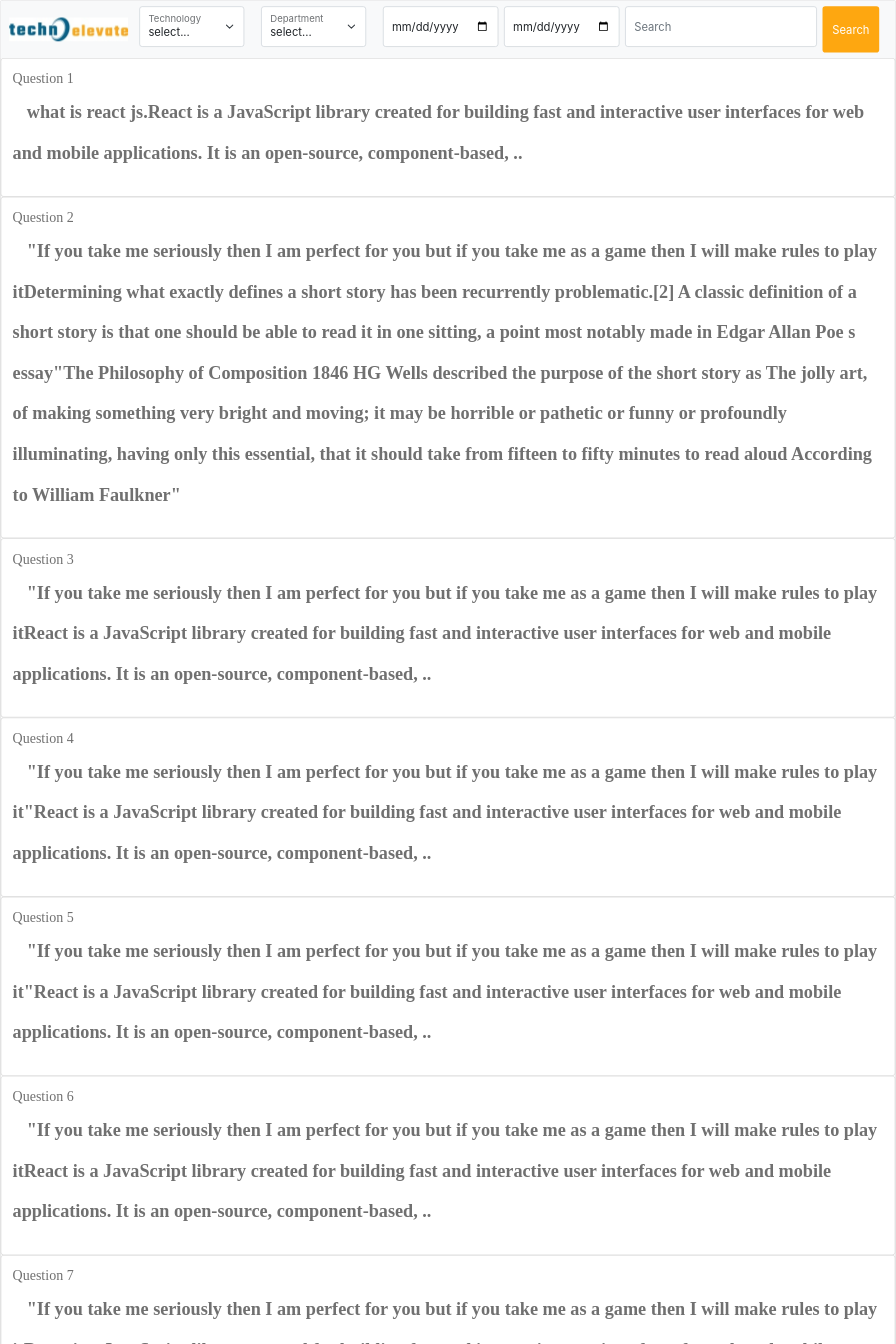
Repository: aajoshi3/casestudy
Page: /Search
These files come from the project's save history. The page is drawn as it stood at one moment and after the next save; the edit follows.
The browser window is 1280 px wide. The pictures show the part of the page from y = 0 to 1920 px (the page is 2540 px tall before and 2946 px after), at 70% of full size.
The project was rebuilt for these pictures with package versions that can differ from the ones it lists, and the page was loaded fresh each time. Also part of the build but not shown: src/components/CustomNavbar3.js.

Above is the page before, as saved 2021-10-10 20:22:32.

### public/index.html
<!DOCTYPE html>
<html lang="en">
  <head>
    <meta charset="utf-8" />
    <link rel="icon" href="%PUBLIC_URL%/favicon.ico" />
    <meta name="viewport" content="width=device-width, initial-scale=1" />
    <meta name="theme-color" content="#000000" />
    <meta
      name="description"
      content="Web site created using create-react-app"
    />
    <link rel="apple-touch-icon" href="%PUBLIC_URL%/logo192.png" />
    <link
    rel="stylesheet"
    href="https://cdn.jsdelivr.net/npm/bootstrap@5.1.1/dist/css/bootstrap.min.css"
    integrity="sha384-F3w7mX95PdgyTmZZMECAngseQB83DfGTowi0iMjiWaeVhAn4FJkqJByhZMI3AhiU"
    crossorigin="anonymous">
    <link rel="stylesheet" href="https://cdnjs.cloudflare.com/ajax/libs/font-awesome/4.7.0/css/font-awesome.min.css">
  <link href="/your-path-to-fontawesome/css/fontawesome.css" rel="stylesheet">
    <link href="/your-path-to-fontawesome/css/brands.css" rel="stylesheet">
    <link href="/your-path-to-fontawesome/css/solid.css" rel="stylesheet">

    <link href="https://cdn.jsdelivr.net/npm/bootstrap@5.0.0-beta3/dist/css/bootstrap.min.css" rel="stylesheet" integrity="sha384-eOJMYsd53ii+scO/bJGFsiCZc+5NDVN2yr8+0RDqr0Ql0h+rP48ckxlpbzKgwra6" crossorigin="anonymous">

    <!--
      manifest.json provides metadata used when your web app is installed on a
      user's mobile device or desktop. See https://developers.google.com/web/fundamentals/web-app-manifest/
    -->
    <link rel="manifest" href="%PUBLIC_URL%/manifest.json" />
    <!--
      Notice the use of %PUBLIC_URL% in the tags above.
      It will be replaced with the URL of the `public` folder during the build.
      Only files inside the `public` folder can be referenced from the HTML.

      Unlike "/favicon.ico" or "favicon.ico", "%PUBLIC_URL%/favicon.ico" will
      work correctly both with client-side routing and a non-root public URL.
      Learn how to configure a non-root public URL by running `npm run build`.
    -->
    <title>React App</title>
  </head>
  <body>
    <noscript>You need to enable JavaScript to run this app.</noscript>
    <div id="root"></div>
    <!--
      This HTML file is a template.
      If you open it directly in the browser, you will see an empty page.

      You can add webfonts, meta tags, or analytics to this file.
      The build step will place the bundled scripts into the <body> tag.

      To begin the development, run `npm start` or `yarn start`.
      To create a production bundle, use `npm run build` or `yarn build`.
    -->
  </body>
</html>

### src/App.js
// import Button from '@restart/ui/esm/Button';
import { Col,  Container,  FloatingLabel, Row } from 'react-bootstrap';
import {Card} from "react-bootstrap"
import './App.css';
import UploadQuestion from './components/UploadQuestion';
import{Form} from "react-bootstrap"
 import CustomNavbar from './components/CustomNavbar';
import CustomNavbar3 from './components/CustomNavbar3';
import routing from './router';
import { BrowserRouter } from 'react-router-dom';
// import CustomNav2 from './components/CustomNav2';

function App() {
  return (
    <BrowserRouter>
    <div className="App">

<Card>
<CustomNavbar />
{routing}
{/* <CustomNav2 /> */}
{/* <CustomNavbar3 /> */}
  <Card.Body>

<Container>
<UploadQuestion />
<Row xs={1} sm={2} md={4} lg={4}>

<Col  ><FloatingLabel  controlId="floatingInput"  label="Candidate Name"  className="mb-3"  size ="md"  id=''>
<Form.Control type="text" placeholder=" hi" />
  </FloatingLabel></Col>

    <Col><FloatingLabel controlId="floatingSelect" label="Department" className="mb-3">
  <Form.Select aria-label="Floating label select example">
    <option>select... </option>
    <option value="1">HR</option>
    <option value="2">IT</option>
    <option value="3">ACCOUNTS</option>
  </Form.Select>
</FloatingLabel></Col>

<Col  ><FloatingLabel  controlId="floatingInput"  label="Clinet Name"  className="mb-3"  size ="md"  id=''>
<Form.Control type="text" placeholder=" hi" />
  </FloatingLabel></Col>

    <Col>

    <FloatingLabel controlId="floatingSelect" label="Technology" className="mb-3">
  <Form.Select aria-label="Floating label select example">
    <option> select...</option>
    <option value="1">React.js</option>
    <option value="2">vue.js</option>
    <option value="3">Angular</option>
    <option value="3">Python</option>
    <option value="3">next.js</option>


  </Form.Select>
</FloatingLabel></Col>
  </Row>
</Container>
<Container >
  <Row  >
  <Col lg={9}     >
  <FloatingLabel    controlId="floatingTextarea" label="Question" className="mb-3">
    <Form.Control as="textarea" placeholder="x" />
  </FloatingLabel>
  </Col>


  <Col lg={3}  md={{ order: 'first' }}  xs={{order: 'first'}} lg={{order:'last'}}   >

  <FloatingLabel controlId="floatingSelect" label="Difficulty level" className="mb-3">
  <Form.Select aria-label="Floating label select example">
    <option> select...</option>
    <option value="1">Easy</option>
    <option value="2">Intermediate</option>
    <option value="3">Expert</option>
  </Form.Select>
</FloatingLabel>
  </Col>
  </Row>

</Container>

<Container   style={{ width: 'white' }}      >
<Row>
      <Col lg={9} >
      <FloatingLabel className="mb-3 " controlId="floatingTextarea2" label="Answer">
    <Form.Control
      as="textarea"
      placeholder=" x"
      style={{ height: '100px' }}
    />
  </FloatingLabel>
   </Col>
   <Col lg={3}     >
   {/* <Button variant="warning"  style={{ color: 'white' }} ><i class="fas fa-plus-circle"></i> Add New </Button> */}
   <button className="btn"    id="button1" ><i className="fa fa-plus-circle"></i> Add New</button>
   </Col>
    </Row>
</Container>

<br/>
<br/>
<br/>


    <Container>
    <button   className="btn1"   style={{ color: 'white' }}  > Submit </button>
    </Container>
      </Card.Body>
      </Card>
    </div>
    </BrowserRouter>
  );
}

export default App;

### src/App.css
p{
  text-align: left;
font: normal normal bold 40px/58px Sitka Banner;
letter-spacing: 0px;
color: #086288;
font-size: 26px;
}

input::placeholder{
  color:#086288 ;
}
.mb-3:focus + .form-label {
  color: red;
}

 Container{
  color:#086288 ;

 }
 .btn {
  background-color: rgb(254, 167, 16); /* Blue background */
  border: none; /* Remove borders */
  color: white; /* White text */
  padding: 12px 14px; /* Some padding */
  font-size: 16px; /* Set a font size */
  cursor: pointer; /* Mouse pointer on hover */
  /* margin-top: 50px; */
}

#button1{
  margin-top: 50px;
}
/* Darker background on mouse-over */
.btn:hover {
  background-color: rgb(225, 193, 65);
  color: white; /* White text */

}
.btn1{
  float: right;
  background-color: rgb(254, 167, 16); /* Blue background */
  border: none; /* Remove borders */
  color: white; /* White text */
  padding: 12px 16px; /* Some padding */
  font-size: 16px; /* Set a font size */
  border-radius: 4px;
}
.FloatingLabel:focus::-webkit-input-label {
  color: red;
}
.form-control:focus {
  border-color: #086288;
  box-shadow: 0px 1px 1px rgba(0, 0, 0, 0.075) inset;
}
.form-select:focus{
  border-color: #086288c4;
  box-shadow: 0px 1px 1px rgba(0, 0, 0, 0.075) inset;
}

@media only screen and (max-width: 1000px) {
  .btn {
    float: right;
    margin:0 px;
  }
  #button1{
    margin-top: 0px;
  }
}

#Floating-label1{
  width: 150px;
}
#Floating-label2{
  width: 150px;
  height: auto;
}

@media only screen and (max-width: 1000px) {
  #Floating-label1{
    width: 100%;
  }
  }
  @media only screen and (max-width: 1000px) {
    #Floating-label2{
      width: 100%;
    }
    }

    #date1{
      width: 165px;
      padding: 12px;
    }
    @media only screen and (max-width: 1000px) {
      #date1{
        width: 100%;
      }
      }


      #searchWidth{
  height: auto;
      padding: 16px;
      }

@media only screen and (max-width: 1000px) {
  #searchWidth{
  height: auto;
    width: 100%;
  }
      }
      #button5{
        color: white;
        background-color:#ffa408;
        border: 1px solid #FFC008 ;
        border-radius: 4px;
        padding:0 10px ;
      }

### src/components/UploadQuestion.js
import React from 'react'
// import { Form } from 'react-bootstrap'
// import FloatingLabel from "react-bootstrap-floating-label";
// import Dropdown from 'react-dropdown';
// import { DropdownButton } from 'react-bootstrap';
// import {DropdownToggle} from '@restart/ui/esm/DropdownToggle';
// import {DropdownItem} from '@restart/ui/esm/DropdownItem';
// import 'react-dropdown/style.css';
// import{Container,Row,Col} from "react-bootstrap"



function UploadQuestion() {

          return (
                    <div>
                              <p>Upload Your Questions</p>

                    </div>
          )
}

export default UploadQuestion

### src/components/CustomNavbar.js

import React from 'react'
import { Button,  Container,  FloatingLabel,  Form, FormControl,  Nav, Navbar} from 'react-bootstrap'
import { withRouter } from 'react-router-dom';
// import logo from "./TeLogo"


function CustomNavbar(props) {



    const navigateToHome=()=>{
      console.log(props);
      props.history.push('/')
    }

    const navigateToSearch=()=>{
      console.log(props);
      props.history.push('/Search')
    }
  return (
    <div>

      <div>

      </div>

  <Navbar bg="light" expand="lg"   >
  <Container fluid>
    <Navbar.Brand href="">

      <div><img src={require('../image/logo2.jpg').default}   style={{width:"170px"}} onClick={navigateToHome}  alt="Loading" /></div>

    </Navbar.Brand>

    <Navbar.Toggle aria-controls="navbarScroll" />
    <Navbar.Collapse id="navbarScroll"  >
      <Nav
        className="me-auto my-2 my-lg-0"

        navbarScroll
      >


<FloatingLabel    id="Floating-label1"      className="  me-4  mb-2  form-group  lg"  controlId="floatingSelect" label="Technology" >
  <Form.Select     className="form-control" aria-label="Floating label select example"   >
    <option> select...</option>
    <option value="1">React.js</option>
    <option value="2">vue.js</option>
    <option value="3">Angular</option>
    <option value="3">Python</option>
    <option value="3">next.js</option>
  </Form.Select>
</FloatingLabel>


<FloatingLabel  id="Floating-label2"  className=" me-4  mb-2  form-group  lg" controlId="floatingSelect" label="Department" >
  <Form.Select  className="form-control" aria-label="Floating label select example">
    <option>select... </option>
    <option value="1">HR</option>
    <option value="2">IT</option>
    <option value="3">ACCOUNTS</option>
  </Form.Select>
</FloatingLabel>

      <Form className="d-flex"  >
        <FormControl  id="date1" label="From date"
          type="date"
          placeholder="From Date"
          className="me-2 mb-2"
          aria-label="Search"
          />
      </Form>

      <Form className="d-flex  form-group">
        <FormControl id="date1"
          type="date"
          placeholder="To Date "
          className="me-2 mb-2"
          aria-label="Search"
          />

      </Form     >
      <Form className="d-flex "  >
        <FormControl className="form-group"
          type="search"
          placeholder="Search"
          className="me-2 mb-2"
          aria-label="Search"
          />
        <Button variant="warning" onClick={navigateToSearch}>Search</Button>
      </Form>
          </Nav>
    </Navbar.Collapse>
  </Container>
</Navbar>
    </div>
  )
}

export default withRouter(CustomNavbar)
// export default CustomNavbar

### src/router.js
import { Route} from "react-router-dom";
import UploadQuestion from './components/UploadQuestion'
import SearchView from "./components/SearchView";
const routing=(
  <div>
    {/* <Route exact path='/' component={UploadQuestion}/> */}
    <Route exact path='/Search' component={SearchView}/>
    </div>
)
export default routing

### src/components/SearchView.js
import React, { useState } from 'react'
import { Card } from 'react-bootstrap'

function SearchView() {
     const [displayData, setdisplayData] = useState([{
         question:'what is react js.',
         answer:'React is a JavaScript library created for building fast and interactive user interfaces for web and mobile applications. It is an open-source, component-based, ..'   },
     {
        answer:'Determining what exactly defines a short story has been recurrently problematic.[2] A classic definition of a short story is that one should be able to read it in one sitting, a point most notably made in Edgar Allan Poe s essay"The Philosophy of Composition 1846 HG Wells described the purpose of the short story as The jolly art, of making something very bright and moving; it may be horrible or pathetic or funny or profoundly illuminating, having only this essential, that it should take from fifteen to fifty minutes to read aloud According to William Faulkner"',
        question:'"If you take me seriously then I am perfect for you but if you take me as a game then I will make rules to play it'
    },
    {
      question:'"If you take me seriously then I am perfect for you but if you take me as a game then I will make rules to play it',
      answer:'React is a JavaScript library created for building fast and interactive user interfaces for web and mobile applications. It is an open-source, component-based, ..'
  }, {
    question:'"If you take me seriously then I am perfect for you but if you take me as a game then I will make rules to play it',
    answer:'"React is a JavaScript library created for building fast and interactive user interfaces for web and mobile applications. It is an open-source, component-based, ..'},
{
  question:'"If you take me seriously then I am perfect for you but if you take me as a game then I will make rules to play it',
  answer:'"React is a JavaScript library created for building fast and interactive user interfaces for web and mobile applications. It is an open-source, component-based, ..'},
  {
  question:'"If you take me seriously then I am perfect for you but if you take me as a game then I will make rules to play it',
  answer:'React is a JavaScript library created for building fast and interactive user interfaces for web and mobile applications. It is an open-source, component-based, ..'},
  {
  question:'"If you take me seriously then I am perfect for you but if you take me as a game then I will make rules to play it',
  answer:'React is a JavaScript library created for building fast and interactive user interfaces for web and mobile applications. It is an open-source, component-based, ..'
}])

    return <div>{
  displayData.map((data,index)=>{
    return (<Card xs={3} md={6} ls={3} >
  <Card.Body>
    <Card.Text>
    <h5 class="card-title" style={{color:'#707070'}}>Question {index + 1}</h5>
      {/* <p key={index}  id="questio" style={{color:''#707070'}}>{data.question}</p> */}
      <p key={index} id="question" style={{color:'#707070'}}><i class="fas fa-check" style={{top: "419px",
     left: "88px",
     width: "36px",
     height: "27px",
     color:"#00A743",

     }}></i>{data.question}{data.answer}</p>
    </Card.Text>

  </Card.Body>
</Card>

    )
})

}
        </div>
}
export default SearchView

Loaded but not shown: src/index.js (common file); src/index.css (common file); src/reportWebVitals.js (common file)

After the next save:
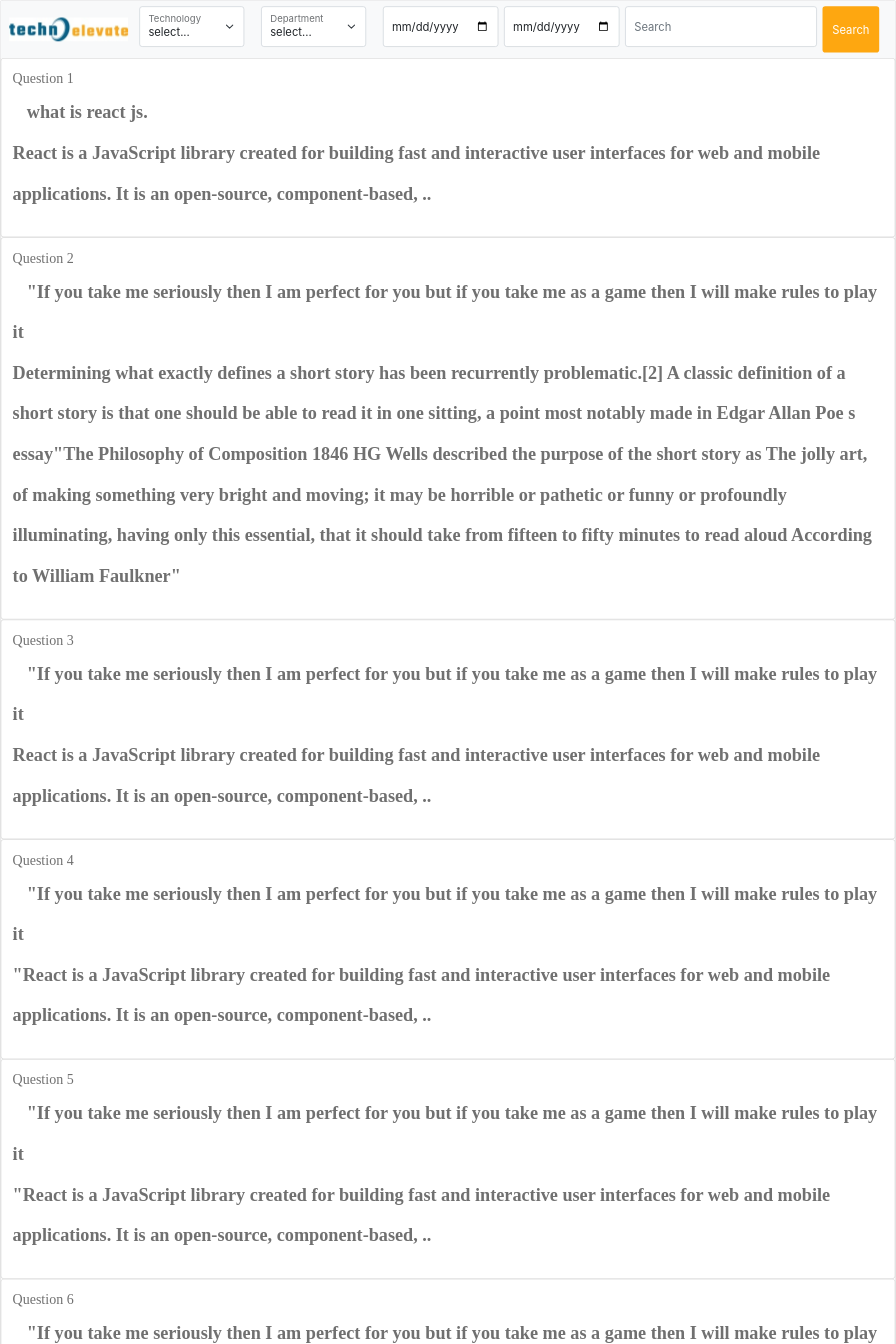
Saved 35 s later.
--- a/src/components/SearchView.js
+++ b/src/components/SearchView.js
@@ -39,7 +39,7 @@
      height: "27px",
      color:"#00A743",
 
-     }}></i>{data.question}{data.answer}</p>
+     }}></i>{data.question}<br/>{data.answer}</p>
     </Card.Text>
 
   </Card.Body>
